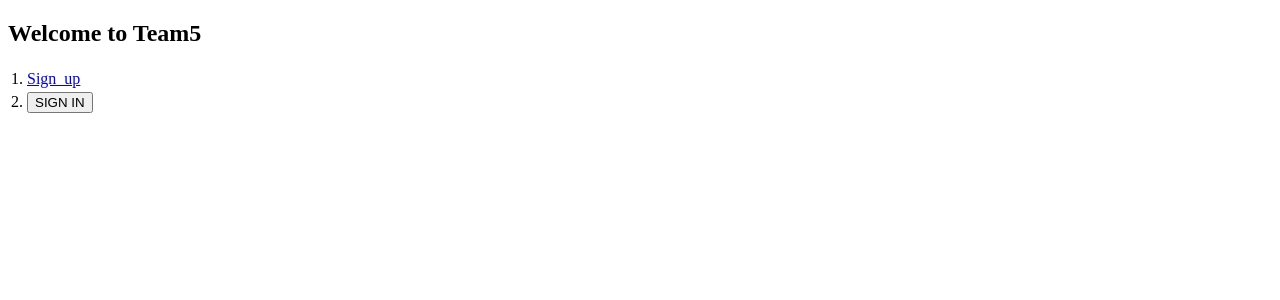
Repository: MIR013/KNU_DB_Project_Team5
Page: dbphase/Databaase/WebContent/initial.html
An editor plug-in stored every save of this project. The page is shown before and after the next save, followed by the edit.
The browser window is 1280 px wide. The pictures show the whole page.

Above is the page before, as saved 2018-11-12 11:24:27.

### dbphase/Databaase/WebContent/initial.html
<!DOCTYPE html>
<html>
<head>
<meta charset="UTF-8">
<title>Insert title here</title>
</head>
<body>

	<h2> Welcome to Team5 </h2>
	<form>
		<table>
			<tr>
				<td> 1. <a href="Sign_up.html" data-role="button" data-theme="a"> Sign_up </a> </td>
			</tr>
			<tr>
				<td> 2. <input type="button" name="sign_in" value="SIGN IN"
							onclick="location.herf='Sign_in.html'"/> </td>
			</tr>

		</table>
	</form>

</body>
</html>

After the next save:
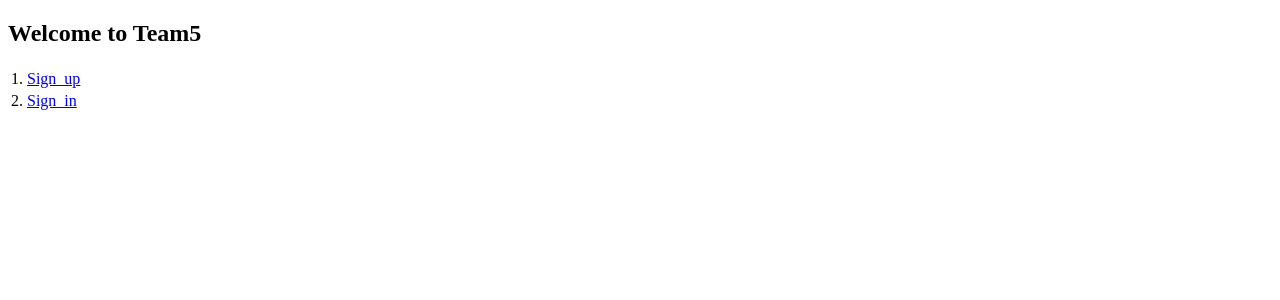
Saved 27 s later.
--- a/dbphase/Databaase/WebContent/initial.html
+++ b/dbphase/Databaase/WebContent/initial.html
@@ -13,8 +13,7 @@
 				<td> 1. <a href="Sign_up.html" data-role="button" data-theme="a"> Sign_up </a> </td>
 			</tr>
 			<tr>
-				<td> 2. <input type="button" name="sign_in" value="SIGN IN"
-							onclick="location.herf='Sign_in.html'"/> </td>
+				<td> 2. <a href="Sign_in.html" data-role="button" data-theme="a"> Sign_in </a> </td>
 			</tr>
 
 		</table>

After the save that followed:
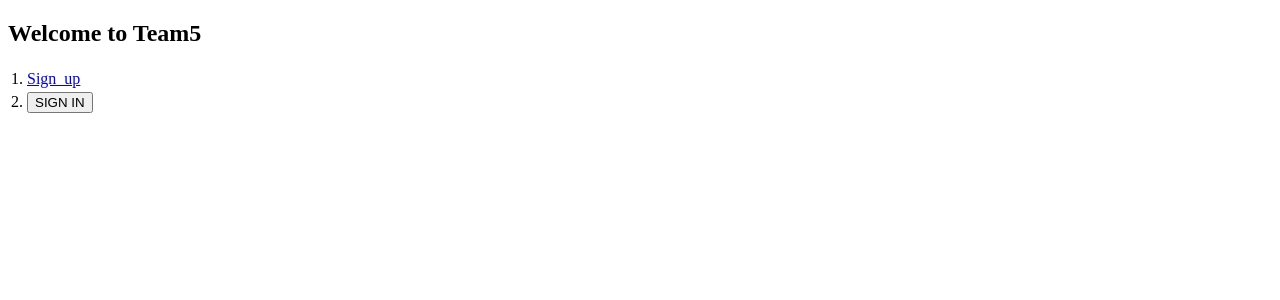
Saved 55 s later.
--- a/dbphase/Databaase/WebContent/initial.html
+++ b/dbphase/Databaase/WebContent/initial.html
@@ -13,7 +13,7 @@
 				<td> 1. <a href="Sign_up.html" data-role="button" data-theme="a"> Sign_up </a> </td>
 			</tr>
 			<tr>
-				<td> 2. <a href="Sign_in.html" data-role="button" data-theme="a"> Sign_in </a> </td>
+				<td> 2. <input type="button" value="SIGN IN" onclick="location.herf='Sign_in.html'"/> </td>
 			</tr>
 
 		</table>
